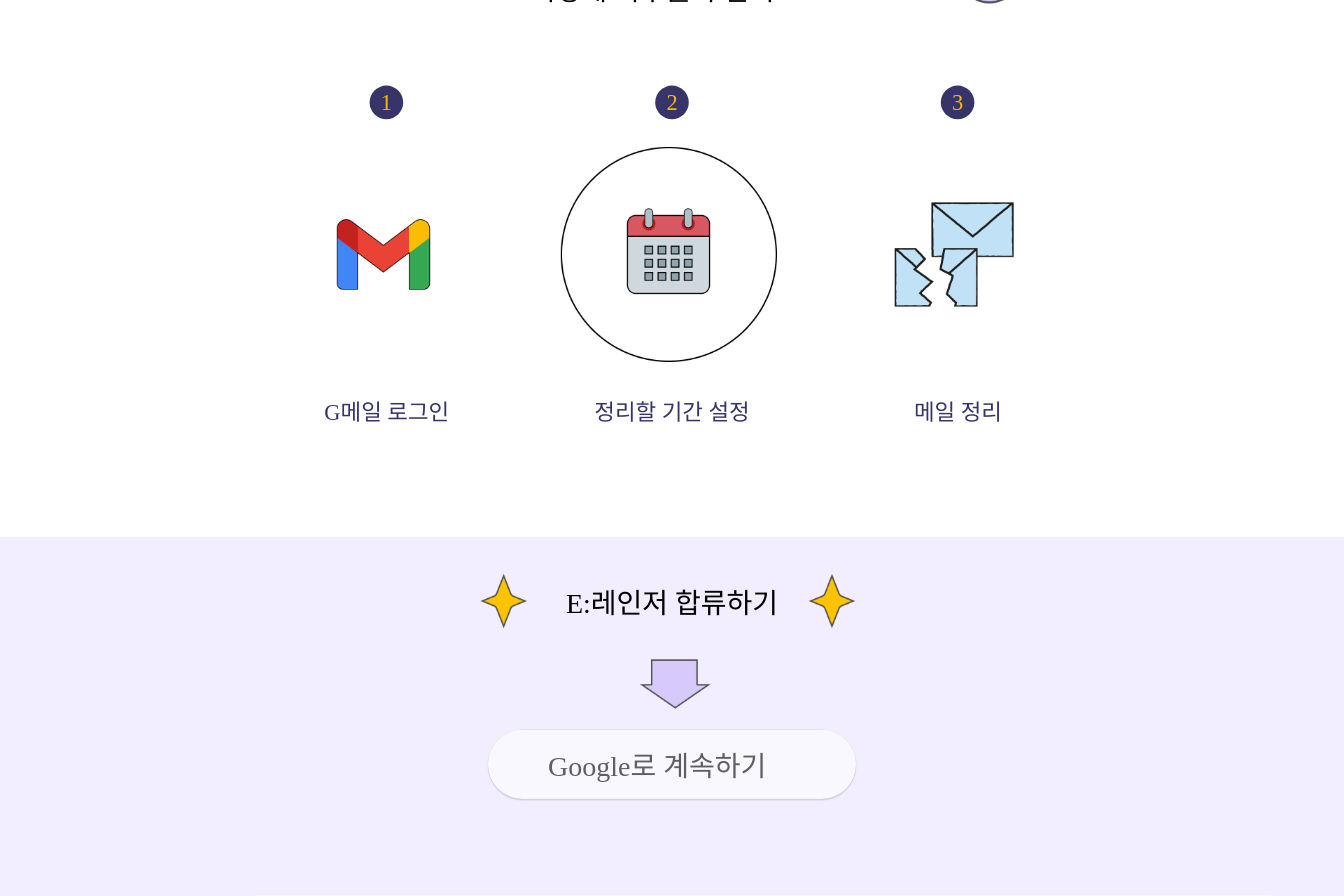
Repository: Sopkathon-30th-2/frontend
Page: /
An editor plug-in stored every save of this project. The page is shown before and after the next save, followed by the edit.
The browser window is 1280 px wide. The page is 1920 px wide, so the pictures cover 1920 px, including what lies to the right of the window. The pictures show the part of the page from y = 2955 to 4235 px (the page is 4235 px tall), at 70% of full size.
The project was rebuilt for these pictures with package versions that can differ from the ones it lists, and the page was loaded fresh each time. Also part of the build but not shown: src/components/common/ErrorBoundary.jsx, src/components/common/ErrorComponent.jsx, src/components/common/Loading.jsx, src/utils/wrapPromise.js, src/lib/index.js, src/pages/Sample.jsx, src/pages/ResultPage.jsx, src/components/common/Header.jsx and 1 more.

Above is the page before, as saved 2022-05-22 08:05:49.

### src/App.js
import Router from './cores/router';
import { ThemeProvider } from 'styled-components';
import GlobalStyle from './styles/globalStyle';
import { theme } from './styles/theme';

function App() {
  return (
    <>
      <GlobalStyle />
      <ThemeProvider theme={theme}>
      <Router />
      </ThemeProvider>
    </>
  );
}

export default App;

### src/cores/router.jsx
import React from 'react';
import { BrowserRouter, Route, Routes } from 'react-router-dom';

import Sample from '../pages/Sample';
import MainPage from '../pages/MainPage';
import ResultPage from '../pages/ResultPage';
import CleanMailPage from '../pages/CleanMailPage';

function Router() {
  return (
    <BrowserRouter>
      <Routes>
        <Route path="/" element={<MainPage />} />
        <Route path="/cleanmail" element={<CleanMailPage />} />
        <Route path="/result" element={<ResultPage />} />
        <Route path="/sample" element={<Sample />} />
      </Routes>
    </BrowserRouter>
  );
}

export default Router;

### src/styles/globalStyle.jsx
import { createGlobalStyle } from 'styled-components';
import { reset } from 'styled-reset';

import { theme } from './theme';

const GlobalStyle = createGlobalStyle`
  ${reset}
  /* @font-face {font-family:; src: url("") format(""); } */
  #root, body,html {
    margin: 0 auto;
    font-size: 10px;
    font-family: "GmarketSansTTFMedium";
  }
  #root{
    /* background-color: ; */
  }
  * {
    box-sizing: border-box;
	}
  button:hover {
    cursor: pointer;
  }
`;

export default GlobalStyle;

### src/pages/MainPage.jsx
import React from 'react';
import styled from 'styled-components';
import GoogleLogin from 'react-google-login';
import Frame from '../assets/image/Frame.png';
import Logo from '../assets/image/MainPageLogo.png';

const BackgroundIMG = styled.img`
  width: 119.4rem;
  height: 423.6rem;
  margin-left: 36.6rem;
  margin-top: -1.8rem;
  position: absolute;
  z-index: 2;
`;

const MainPageLogo = styled.img`
  width: 60rem;
  height: 37.2rem;
  margin-top: 15.6rem;
  margin-left: 66rem;
  position: absolute;
  z-index: 3;
`;

const HeaderContent = styled.div`
  position: absolute;
  width: 93.4rem;
  height: 7.4rem;
  letter-spacing: -0.1rem;
  margin-top: 59.6rem;
  margin-left: 49.3rem;
  font-size: 3.2rem;
  text-align: center;
  color: #363469;
  z-index: 1;
`;
const MainContentFirst = styled.div`
  position: absolute;
  width: 72.3rem;
  height: 7.4rem;
  margin-top: 167.3rem;
  margin-left: 59.9rem;
  font-size: 3.2rem;
  text-align: center;
  z-index: 1;
  color: #363469;
`;
const MainContentSecond = styled.div`
  position: absolute;
  width: 52.6rem;
  height: 7.4rem;
  margin-top: 263.2rem;
  margin-left: 69.7rem;
  font-size: 3.2rem;
  text-align: center;
  z-index: 1;
  color: #363469;
`;

const HowToUseTitle = styled.div`
  position: absolute;
  width: 43.3rem;
  height: 4rem;
  margin-top: 292.3rem;
  margin-left: 74.3rem;
  font-size: 4rem;
  text-align: center;
  z-index: 1;
`;

const HowToUseFirst = styled.div`
  text-align: center;
  padding-top: 0.8rem;

  font-size: 3.2rem;
  margin-left: 52.8rem;
  margin-top: 307.8rem;
  width: 4.8rem;
  height: 4.8rem;
  border-radius: 24px;
  color: #ffb800;
  background-color: #363469;
  position: absolute;
`;
const HowToUseSecond = styled.div`
  font-size: 3.2rem;
  text-align: center;
  padding-top: 0.8rem;

  margin-left: 93.6rem;
  margin-top: 307.8rem;
  width: 4.8rem;
  height: 4.8rem;
  border-radius: 24px;
  color: #ffb800;
  background-color: #363469;
  position: absolute;
`;
const HowToUseThird = styled.div`
  text-align: center;
  padding-top: 0.8rem;
  font-size: 3.2rem;
  margin-left: 134.4rem;
  margin-top: 307.8rem;
  width: 4.8rem;
  height: 4.8rem;
  border-radius: 24px;
  color: #ffb800;
  background-color: #363469;
  position: absolute;
`;

const RoutineFirst = styled.div`
  text-align: center;
  padding-top: 0.8rem;
  font-size: 3.2rem;
  margin-left: 45.6rem;
  margin-top: 352rem;
  width: 19.3rem;
  height: 3.2rem;
  color: #363469;
  position: absolute;
`;
const RoutineSecond = styled.div`
  text-align: center;
  padding-top: 0.8rem;
  font-size: 3.2rem;
  margin-left: 84.3rem;
  margin-top: 352.1rem;
  width: 23.4rem;
  height: 3.2rem;
  color: #363469;
  position: absolute;
`;
const RoutineThird = styled.div`
  text-align: center;
  padding-top: 0.8rem;
  font-size: 3.2rem;
  margin-left: 130.2rem;
  margin-top: 352.1rem;
  width: 13.3rem;
  height: 3.2rem;
  color: #363469;
  position: absolute;
`;

const Googlebox = styled.div`
  position: absolute;
  background-color: #f2eeff;
  width: 192rem;
  height: 51.2rem;
  margin-top: 372.3rem;
  margin-left: 0;
  & button {
    position: absolute !important;
    bottom: 27% !important;
    right: 50% !important;
    transform: translateX(50%) !important;
    width: 52.6rem !important;
    height: 9.9rem !important;
    border-radius: 500px !important;
    font-size: 4rem !important;
    color: black !important;
    padding-left: 7.5rem !important;
    font-family: 'GmarketSansTTFMedium' !important;
  }

  & .google-login {
    position: absolute;
    bottom: 27%;
    right: 50%;
    transform: translateX(50%);
    width: 52.6rem;
    height: 9.9rem;
    border-radius: 500px;
    font-size: 4rem;
  }
`;

const GoogleTitle = styled.div`
  position: absolute;
  width: 44.8rem;
  height: 4rem;
  margin-top: 379.8rem;
  margin-left: 73.6rem;
  font-size: 4rem;
  text-align: center;
  z-index: 1;
`;

function MainPage() {
  const clientId = '875173824142-lrkt4j1fp9s1vvvstrtocv1bdpsk2v0u.apps.googleusercontent.com';
  const onSuccess = async (response) => {
    console.log(response);
  };
  const onFailure = (error) => {
    console.log(error);
  };

  return (
    <>
      <div>
        <MainPageLogo src={Logo} />
      </div>
      <div>
        <BackgroundIMG src={Frame} />
      </div>
      <HeaderContent>
        지구의 e존층을 통해 쓸모 없는 인터넷 기록들이 넘쳐 흐르고 있어요. <br /> 지구가 E:레이저들에게 도움을 요청하고
        있어요
      </HeaderContent>
      <MainContentFirst>
        아파하는 지구를 위해 <br /> 오래된 메일함을 정리할 새로운 E:레인저가 필요해요
      </MainContentFirst>
      <MainContentSecond>
        E-레인저가 되어 e메일함을 정리하고
        <br /> 지구를 지켜봐요
      </MainContentSecond>
      <HowToUseTitle>어떻게 지구를 구할까요?</HowToUseTitle>
      <HowToUseFirst>1</HowToUseFirst>
      <HowToUseSecond>2</HowToUseSecond>
      <HowToUseThird>3</HowToUseThird>
      <RoutineFirst>G메일 로그인</RoutineFirst>
      <RoutineSecond>정리할 기간 설정</RoutineSecond>
      <RoutineThird>메일 정리</RoutineThird>
      <GoogleTitle>E:레인저 합류하기</GoogleTitle>
      <Googlebox>
        <GoogleLogin
          buttonText="Google로 계속하기"
          clientId={clientId}
          responseType={'id_token'}
          onSuccess={onSuccess}
          onFailure={onFailure}
          className="google-login"
          icon={false}
          // style={style}
        />
      </Googlebox>
    </>
  );
}

export default MainPage;

Loaded but not shown: public/index.html (common file); src/index.js (common file); src/styles/theme.jsx (common file)

After the next save:
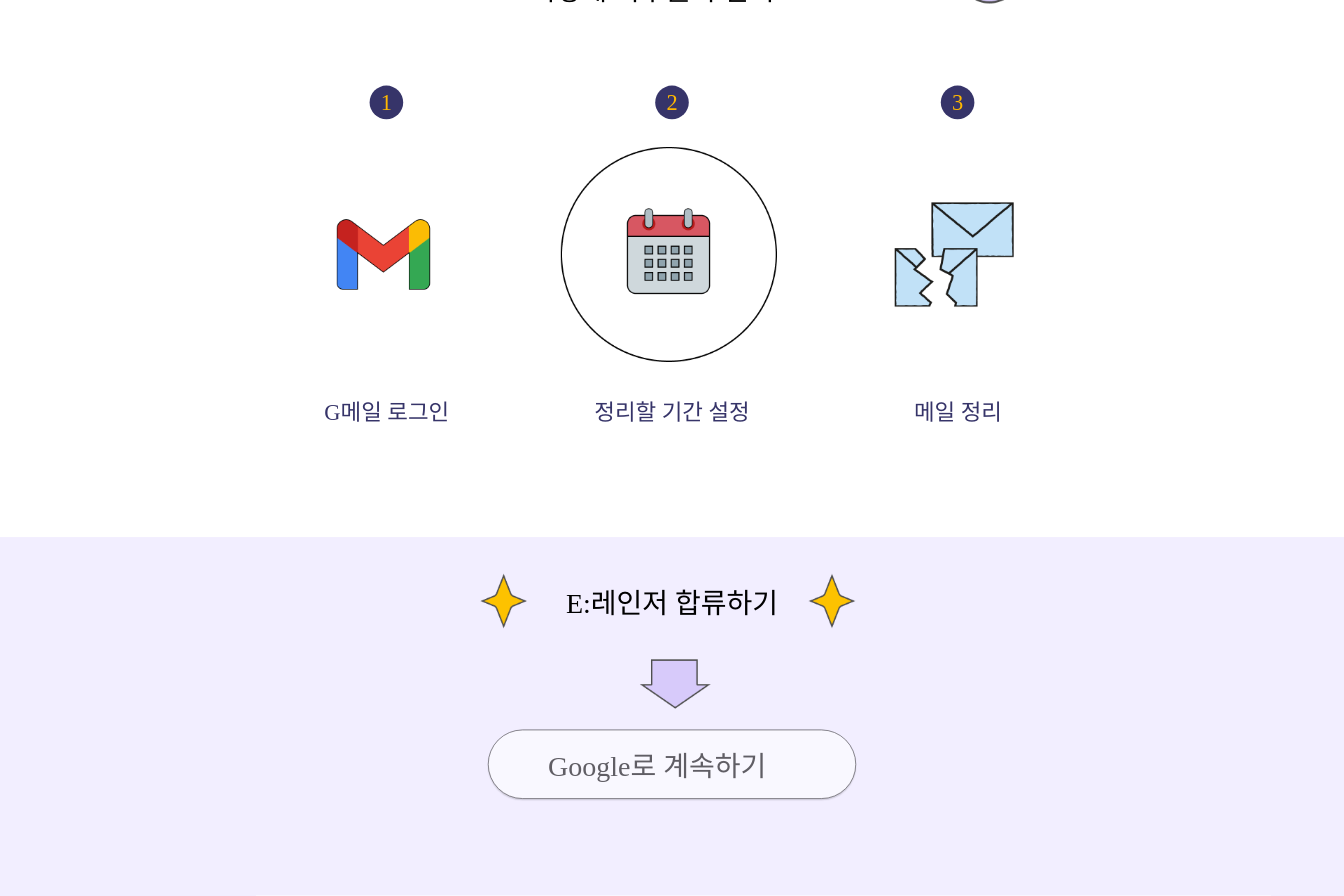
Saved 23 s later.
--- a/src/pages/MainPage.jsx
+++ b/src/pages/MainPage.jsx
@@ -163,6 +163,7 @@
     color: black !important;
     padding-left: 7.5rem !important;
     font-family: 'GmarketSansTTFMedium' !important;
+    border: 1px solid black !important;
   }
 
   & .google-login {
